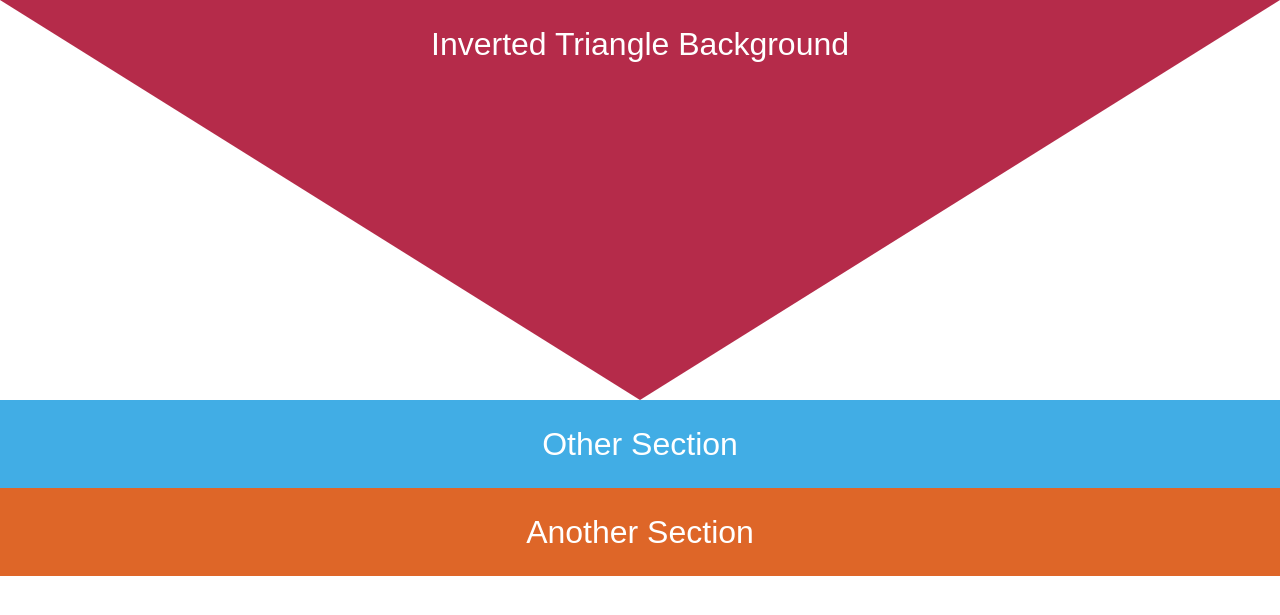
Repository: FrontendProjectsNL/mijn-portfolio-project
Page: /test-skewed-triangle
An editor plug-in stored every save of this project. The page is shown before and after the next save, followed by the edit.
The browser window is 1280 px wide. The pictures show the whole page.
The project was rebuilt for these pictures with package versions that can differ from the ones it lists, and the page was loaded fresh each time. The framework's server and built-in components were replaced by stand-ins that run in the browser. Also part of the build but not shown: next.config.mjs.

Above is the page before, as saved 2024-10-23 00:28:34.

### app/layout.tsx
import type { Metadata } from 'next';
import localFont from 'next/font/local';

import { Roboto, Fira_Code, HelveticaNowDisplay } from 'next/font/google';

import './globals.css';

const geistSans = localFont({
  src: './fonts/GeistVF.woff',
  variable: '--font-geist-sans',
  weight: '100 900',
});
const geistMono = localFont({
  src: './fonts/GeistMonoVF.woff',
  variable: '--font-geist-mono',
  weight: '100 900',
});

const roboto = Roboto({
  subsets: ['latin'],
  weight: ['300', '400', '500', '700'],
  variable: '--font-roboto',
});

const firaCode = Fira_Code({
  subsets: ['latin'],
  weight: ['300', '400', '500', '700'],
  variable: '--font-fira-code',
});

export const metadata: Metadata = {
  title: 'Create Next App',
  description: 'Generated by create next app',
};

export default function RootLayout({
  children,
}: Readonly<{
  children: React.ReactNode;
}>) {
  return (
    <html lang="en">
      <body
        className={`${roboto.variable} ${firaCode.variable} ${geistSans.variable} ${geistMono.variable} antialiased`}
      >
        {children}
      </body>
    </html>
  );
}

### app/test-skewed-triangle/page.tsx
import '../test-skewed-triangle/skewed-triangle.css';

interface SkewedTriangleProps {}

const SkewedTriangle: React.FC<SkewedTriangleProps> = () => {
  return (
    <div>
      <div className="block bg-berry edge--triangle">
        <h1>Inverted Triangle Background</h1>
      </div>

      <div className="block bg-blue">
        <h1>Other Section</h1>
      </div>

      <div className="block bg-orange">
        <h1>Another Section</h1>
      </div>
    </div>
  );
};

export default SkewedTriangle;

### app/test-skewed-triangle/skewed-triangle.css
.edge--triangle {
  position: relative;
  z-index: 1;
  background: inherit;
  clip-path: polygon(
    50% 100%,
    0 0,
    100% 0
  ); /* Creates the inverted triangle shape */
  height: 400px; /* Adjust height based on your design */
}

/* Background Colors */
.bg-berry {
  background: #b52b4a;
}

.bg-blue {
  background: #41ade5;
}

.bg-orange {
  background: #de6628;
}

.bg-green {
  background: #5e9b42;
}

.block {
  color: #fff;
  font-family: 'Fira Sans', sans-serif;
  padding: 20px;
  text-align: center;
}

h1 {
  font-size: 32px;
  font-weight: 500;
}

p {
  font-size: 14px;
  font-weight: 300;
  margin-top: 0.5em;
}

### tailwind.config.ts
import { Roboto } from 'next/font/google';
import type { Config } from 'tailwindcss';

const config: Config = {
  darkMode: ['class'],
  content: [
    './pages/**/*.{js,ts,jsx,tsx,mdx}',
    './components/**/*.{js,ts,jsx,tsx,mdx}',
    './app/**/*.{js,ts,jsx,tsx,mdx}',
  ],

  theme: {
    extend: {
      // You can define custom animations here
      // keyframes: {
      //   slideKeyframe: {
      //     '0%': { transform: 'translateX(0)' },
      //     '100%': { transform: 'translateX(100%)' },
      //   },
      // },
      // animation: {
      //   slideAnimation: 'slideKeyframe 0.5s ease-in-out',
      // },
      fontFamily: {
        roboto: ['var(--font-roboto)', 'sans-serif'],
        firaCode: ['var(--font-fira-code)', 'monospace'],
      },
      colors: {
        background: 'hsl(var(--background))',
        foreground: 'hsl(var(--foreground))',
        card: {
          DEFAULT: 'hsl(var(--card))',
          foreground: 'hsl(var(--card-foreground))',
        },
        popover: {
          DEFAULT: 'hsl(var(--popover))',
          foreground: 'hsl(var(--popover-foreground))',
        },
        primary: {
          DEFAULT: 'hsl(var(--primary))',
          foreground: 'hsl(var(--primary-foreground))',
        },
        secondary: {
          DEFAULT: 'hsl(var(--secondary))',
          foreground: 'hsl(var(--secondary-foreground))',
        },
        muted: {
          DEFAULT: 'hsl(var(--muted))',
          foreground: 'hsl(var(--muted-foreground))',
        },
        accent: {
          DEFAULT: 'hsl(var(--accent))',
          foreground: 'hsl(var(--accent-foreground))',
        },
        destructive: {
          DEFAULT: 'hsl(var(--destructive))',
          foreground: 'hsl(var(--destructive-foreground))',
        },
        border: 'hsl(var(--border))',
        input: 'hsl(var(--input))',
        ring: 'hsl(var(--ring))',
        chart: {
          '1': 'hsl(var(--chart-1))',
          '2': 'hsl(var(--chart-2))',
          '3': 'hsl(var(--chart-3))',
          '4': 'hsl(var(--chart-4))',
          '5': 'hsl(var(--chart-5))',
        },
      },
      borderRadius: {
        lg: 'var(--radius)',
        md: 'calc(var(--radius) - 2px)',
        sm: 'calc(var(--radius) - 4px)',
      },
    },
  },
  plugins: [require('tailwindcss-animate')],
};
export default config;

Loaded but not shown: app/globals.css (common file)

After the next save:
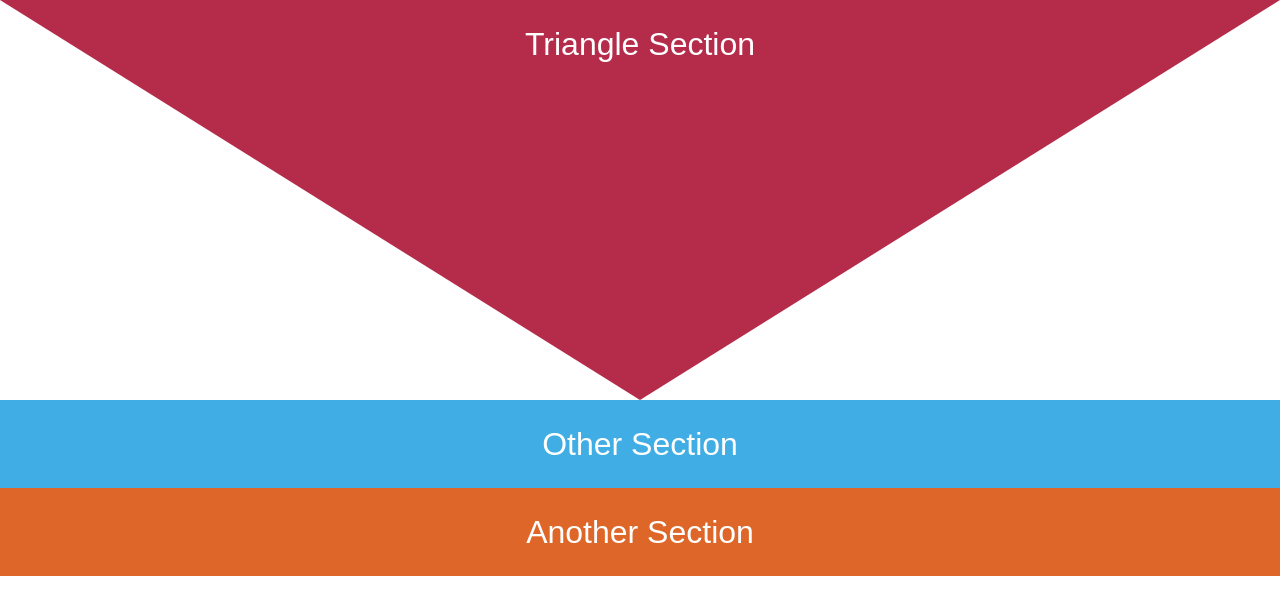
Saved 28 s later.
--- a/app/test-skewed-triangle/page.tsx
+++ b/app/test-skewed-triangle/page.tsx
@@ -6,7 +6,7 @@ const SkewedTriangle: React.FC<SkewedTriangleProps> = () => {
   return (
     <div>
       <div className="block bg-berry edge--triangle">
-        <h1>Inverted Triangle Background</h1>
+        <h1>Triangle Section</h1>
       </div>
 
       <div className="block bg-blue">
